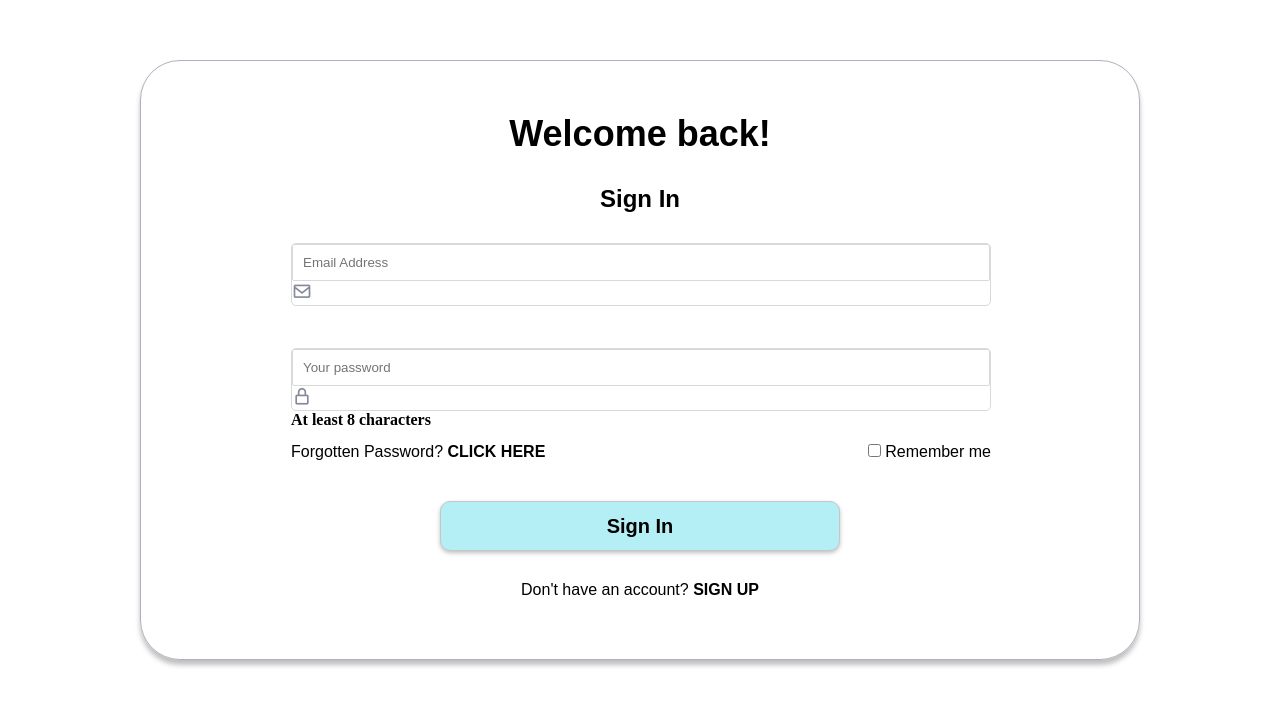
Repository: Rellzcodez/Group1-Team8
Page: pages/signin.html
An editor plug-in stored every save of this project. The page is shown before and after a run of saves, followed by the edit.
The browser window is 1280 px wide. The pictures show the whole page.

Above is the page before, as saved 2022-09-11 20:05:56.

After the next 2 saves:
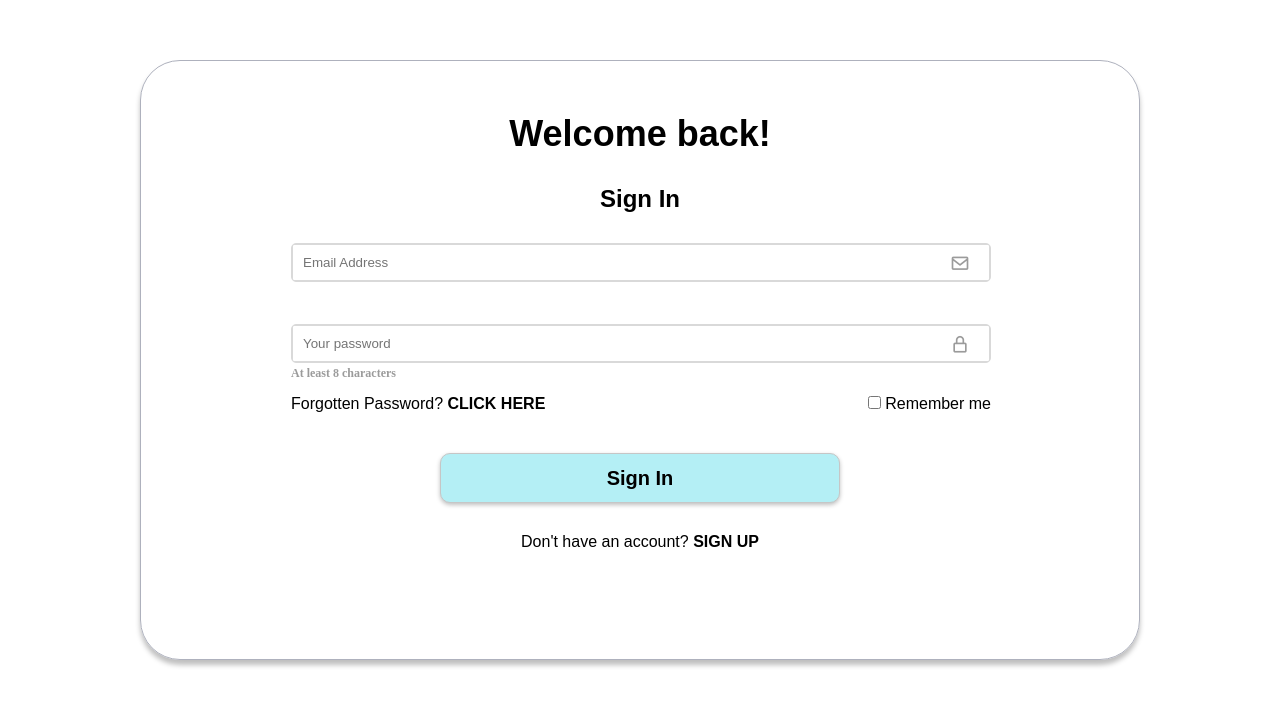
The 2 saves are shown as one change because they came seconds apart.
The last was saved 54 s later.
--- a/css/signin.css
+++ b/css/signin.css
@@ -157,6 +157,27 @@ h2{
     .password input:focus:placeholder-shown {
         box-shadow: 0 0 0 4px #AECFFF;
     }
+    /* Validation */
+.email i {
+    position: absolute;
+   top: 50%;
+   transform: translateY(-50%);
+   right: 20px;
+   color: #9B9B9B;
+   pointer-events: none;
+}
+.password i {
+   position: absolute;
+   top: 50%;
+   transform: translateY(-50%);
+   right: 20px;
+   color: #9B9B9B;
+   pointer-events: none;
+}
+.container .help-text {
+   font-size: 12px;
+   color: #9B9B9B;
+}
 
 form input:not([type='checkbox']) {
     border: 1px solid #D9D9D9;
